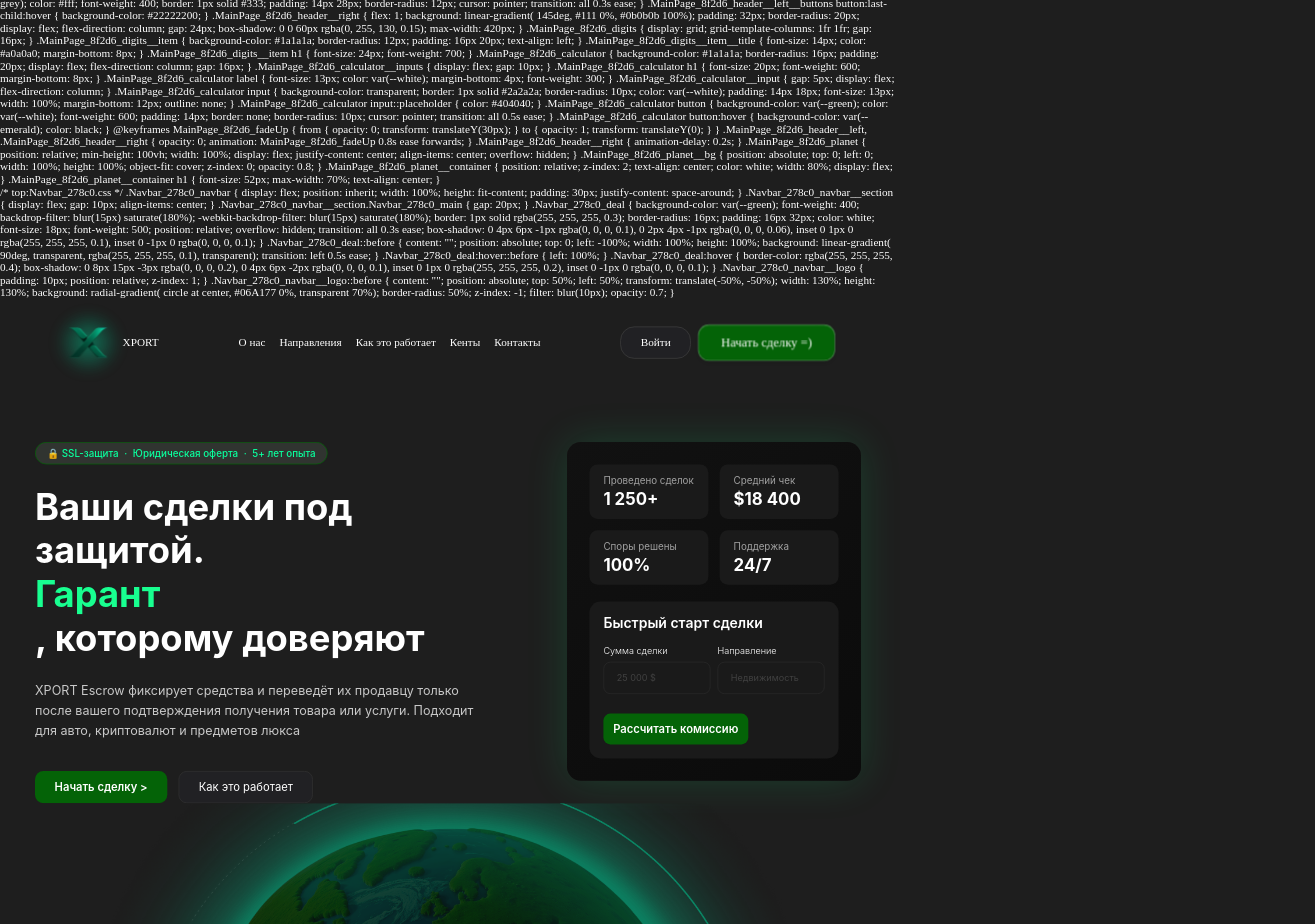
Repository: 1mpuryyyyy/x-port
Page: /x-port/
These files come from the project's save history. The page is drawn as it stood at one moment and after a run of saves; the edit follows.
The browser window is 1280 px wide. The page is 1879 px wide, so the pictures cover 1879 px, including what lies to the right of the window. The pictures show the part of the page from y = 1318 to 2638 px (the page is 3266 px tall), at 70% of full size.
The project was rebuilt for these pictures with package versions that can differ from the ones it lists, and the page was loaded fresh each time. Also part of the build but not shown: vite.config.js.

Above is the page before, as saved 2025-10-09 03:00:24.

### index.html
<!doctype html>
<html lang="en">

<head>
    <meta charset="UTF-8" />
    <link rel="icon" type="image/svg+xml" href="/logo.svg" />
    <meta name="viewport" content="width=device-width, initial-scale=1.0" />
    <title>XPORT</title>
</head>

<body>
    <div id="root"></div>
    <script type="module" src="/src/main.jsx"></script>
</body>

</html>

### src/index.css
:root {
    --display: #1E1E1E;
    --grey: #212124;
    --green: #046307;
    --bg-card: #303430;
    --gold: #D79A19;
    --blue: #1735B1;
    --emerald: #00C36D;
    --light-green: #0AFF9D;
    --white: #ffff;
    --transparent: rgba(255, 255, 255, 0.15);
    --light-grey: #404040;
}

* {
    margin: 0;
    padding: 0;
    box-sizing: border-box;
    text-decoration: none;
    border: none;
    font-size: 100%;
    font: inherit;
    font-family: "Helvetica Neue", Helvetica, Arial, sans-serif;
    color: var(--white)
}

::-webkit-scrollbar {
    width: 8px;
}

::-webkit-scrollbar-track {
    background: transparent;
}

::-webkit-scrollbar-thumb {
    background-color: var(--transparent);
    backdrop-filter: blur(10px) saturate(180%);
    -webkit-backdrop-filter: blur(10px) saturate(180%);
    border-radius: 6px;
    border: 1px solid rgba(255, 255, 255, 0.1);
}

::-webkit-scrollbar-thumb:hover {
    background-color: rgba(255, 255, 255, 0.1);
    backdrop-filter: blur(12px) saturate(200%);
    -webkit-backdrop-filter: blur(12px) saturate(200%);
}

ol,
ul {
    list-style: none;
}

blockquote,
q {
    quotes: none;
}

table {
    border-collapse: collapse;
    border-spacing: 0;
}

button {
    border: none;
    cursor: pointer;
    border-radius: 20px;
    background-color: var(--grey);
    border: 1px solid;
    border-color: var(--light-grey);
    padding: 14px 28px;
    color: white;
    font-weight: 300;
    display: flex;
    align-items: center;
    justify-content: center;
    transition: 0.3s ease;
}

body {
    background-color: var(--display);
    min-height: 100vh;
    line-height: 1;
}

### src/App.jsx
import { Provider } from "react-redux";
import { RouterProvider, createBrowserRouter } from "react-router-dom";
import "./App.css";
import { MainPage } from "./components/MainPage/MainPage.jsx";
import Layout from "./components/Layout.jsx";

const router = createBrowserRouter(
    [
        {
            path: "/",
            element: <Layout />,
            children: [
                {
                    path: "",
                    element: <MainPage />,
                },
            ],
        },
    ],
    {
        basename: '/x-port',
    }
);


function App() {
    return (
        <>
            {/* <Provider store={store}> */}
            <RouterProvider router={router}></RouterProvider>
            {/* </Provider> */}
        </>
    );
}

export default App;

### src/App.css
:root {
    --display: #1E1E1E;
    --green: #046307;
    --bg-card: #303430;
    --gold: #D79A19;
    --blue: #1735B1;
    --emerald: #00C36D;
    --light-green: #0AFF9D;
    --white: #ffff;
}

* {
    display: block;
    margin: 0;
    padding: 0;
    box-sizing: border-box;
    text-decoration: none;
    border: none;
    font-size: 100%;
    font: inherit;
}

body {
    line-height: 1;
}

ol,
ul {
    list-style: none;
}

blockquote,
q {
    quotes: none;
}

blockquote:before,
blockquote:after,
q:before,
q:after {
    content: '';
    content: none;
}

table {
    border-collapse: collapse;
    border-spacing: 0;
}

### src/components/MainPage/MainPage.jsx
import style from './MainPage.module.css';
import planet from "../../assets/planet.png";

export const MainPage = () => {
    return (
        <section>
            <div className={style.header}>
                <div className={style.header__left}>
                    <div className={style.header__left__benchmark}>
                        <span>🔒 SSL-защита</span>
                        <span>·</span>
                        <span>Юридическая оферта</span>
                        <span>·</span>
                        <span>5+ лет опыта</span>
                    </div>

                    <h1 className={style.header__left__title}>Ваши сделки под защитой. <span>Гарант</span>, которому доверяют</h1>
                    <p className={style.header__left__description}>XPORT Escrow фиксирует средства и переведёт их продавцу только после вашего подтверждения получения товара или услуги. Подходит для авто, криптовалют и предметов люкса</p>
                    <div className={style.header__left__buttons}>
                        <button className={style.greenButton}>Начать сделку {">"} </button>
                        <button>Как это работает </button>
                    </div>
                </div>
                <div className={style.header__right}>
                    <div className={style.digits}>
                        <div className={style.digits__item}>
                            <p className={style.digits__item__title}>Проведено сделок</p>
                            <h1>1 250+</h1>
                        </div>
                        <div className={style.digits__item}>
                            <p className={style.digits__item__title}>Средний чек</p>
                            <h1>$18 400</h1>
                        </div>
                        <div className={style.digits__item}>
                            <p className={style.digits__item__title}>Споры решены</p>
                            <h1>100%</h1>
                        </div>
                        <div className={style.digits__item}>
                            <p className={style.digits__item__title}>Поддержка</p>
                            <h1>24/7</h1>
                        </div>
                    </div>
                    <div className={style.calculator}>
                        <h1>Быстрый старт сделки</h1>
                        <div className={style.calculator__inputs}>
                            <div className={style.calculator__input}>
                                <label htmlFor="amount">Сумма сделки</label>
                                <input type="text" id="amount" placeholder="25 000 $" />
                            </div>
                            <div className={style.calculator__input}>
                                <label htmlFor="direction">Направление</label>
                                <input type="text" id="direction" placeholder="Недвижимость" />
                            </div>
                        </div>
                        <div>
                            <button>Рассчитать комиссию</button>
                        </div>
                    </div>
                </div>
            </div>
            <div className={style.planet}>
                <img
                    src={planet}
                    alt="planet background"
                    className={style.planet__bg}
                />
                <div className={style.planet__container}>
                    <h1>На любой точке планеты</h1>
                    <p>купи купи купи купи купи купи купи купи купи купи купи купи купи купи купи купи купи</p>
                    <div>
                        <button className={style.greenButton}>Начать сделку ={">"}</button>
                    </div>
                </div>
            </div>

        </section>
    );
}

### src/components/Layout.jsx
// import { useSelector } from "react-redux";
import { Navigate, Outlet } from "react-router-dom";
import Navbar from "./Navbar/Navbar.jsx";;

export default function Layout() {
    // const isAuthenticated = useSelector(state => state.auth.isAuthenticated);
    return (
        <div>
            {/* {!isAuthenticated && <Navigate to={"/"} />} */}
            <Navbar />
            <Outlet />
        </div>
    );
}

### src/components/MainPage/MainPage.module.css
section {
    color: #ffffff;
    padding: 80px 50px;
    min-height: 100vh;
    display: flex;
    align-items: center;
    justify-content: center;
    font-family: 'Inter', sans-serif;
    flex-direction: column;
}

/* Общий контейнер */
.header {
    display: flex;
    justify-content: space-between;
    align-items: flex-start;
    gap: 80px;
    width: 100%;
    max-width: 1400px;
}

/* Левая часть */
.header__left {
    flex: 1;
    display: flex;
    flex-direction: column;
    gap: 30px;
}

.header__left__benchmark {
    background-color: #303430;
    border: 1px solid #046307;
    color: #0AFF9D;
    border-radius: 999px;
    display: inline-flex;
    align-items: center;
    gap: 8px;
    padding: 8px 16px;
    font-size: 14px;
    font-weight: 500;
    width: fit-content;
}

.header__left__benchmark span {
    color: #0AFF9D;
}

.header__left__title {
    font-size: 52px;
    font-weight: 700;
    line-height: 1.2;
    max-width: 640px;
}

.header__left__title span {
    color: #18ff90;
}

.header__left__description {
    font-size: 18px;
    color: #c8c8c8;
    max-width: 640px;
    line-height: 1.6;
}

.header__left__buttons {
    display: flex;
    gap: 16px;
    margin-top: 12px;
}

.greenButton {
    background-color: var(--green);
    color: var(--white);
    font-weight: 600;
    padding: 14px 28px;
    border: none;
    border-radius: 12px;
    cursor: pointer;
    transition: all 0.3s ease;
}

.greenButton:hover {
    background-color: var(--emerald);
    color: var(--black);
}

.header__left__buttons button:last-child {
    background-color: var(--grey);
    color: #fff;
    font-weight: 400;
    border: 1px solid #333;
    padding: 14px 28px;
    border-radius: 12px;
    cursor: pointer;
    transition: all 0.3s ease;
}

.header__left__buttons button:last-child:hover {
    background-color: #22222200;
}

/* Правая часть */
.header__right {
    flex: 1;
    background: linear-gradient(145deg, #111 0%, #0b0b0b 100%);

    padding: 32px;
    border-radius: 20px;
    display: flex;
    flex-direction: column;
    gap: 24px;
    box-shadow: 0 0 60px rgba(0, 255, 130, 0.15);
    max-width: 420px;
}

/* Цифры */
.digits {
    display: grid;
    grid-template-columns: 1fr 1fr;
    gap: 16px;
}

.digits__item {
    background-color: #1a1a1a;
    border-radius: 12px;
    padding: 16px 20px;
    text-align: left;
}

.digits__item__title {
    font-size: 14px;
    color: #a0a0a0;
    margin-bottom: 8px;
}

.digits__item h1 {
    font-size: 24px;
    font-weight: 700;
}

/* Калькулятор */
.calculator {
    background-color: #1a1a1a;
    border-radius: 16px;
    padding: 20px;
    display: flex;
    flex-direction: column;
    gap: 16px;
}

.calculator__inputs {
    display: flex;
    gap: 10px;
}

.calculator h1 {
    font-size: 20px;
    font-weight: 600;
    margin-bottom: 8px;
}

.calculator label {
    font-size: 13px;
    color: var(--white);
    margin-bottom: 4px;
    font-weight: 300;
}

.calculator__input {
    gap: 5px;
    display: flex;
    flex-direction: column;
}

.calculator input {
    background-color: transparent;
    border: 1px solid #2a2a2a;
    border-radius: 10px;
    color: var(--white);
    padding: 14px 18px;
    font-size: 13px;
    width: 100%;
    margin-bottom: 12px;
    outline: none;
}

.calculator input::placeholder {
    color: #404040;
}

.calculator button {
    background-color: var(--green);
    color: var(--white);
    font-weight: 600;
    padding: 14px;
    border: none;
    border-radius: 10px;
    cursor: pointer;
    transition: all 0.5s ease;
}

.calculator button:hover {
    background-color: var(--emerald);
    color: black;
}

@keyframes fadeUp {
    from {
        opacity: 0;
        transform: translateY(30px);
    }

    to {
        opacity: 1;
        transform: translateY(0);
    }
}

.header__left,
.header__right {
    opacity: 0;
    animation: fadeUp 0.8s ease forwards;
}

.header__right {
    animation-delay: 0.2s;
}

.planet {
    position: relative;
    min-height: 100vh;
    width: 100%;
    display: flex;
    justify-content: center;
    align-items: center;
    overflow: hidden;
}

.planet__bg {
    position: absolute;
    top: 0;
    left: 0;
    width: 100%;
    height: 100%;
    object-fit: cover;
    z-index: 0;
    opacity: 0.8;
}

.planet__container {
    position: relative;
    z-index: 2;
    text-align: center;
    color: white;
    width: 80%;
    display: flex;

}

.planet__container h1 {
    font-size: 52px;
    max-width: 70%;
    text-align: center;
}

### src/components/Navbar/Navbar.jsx
import { Link } from 'react-router-dom'
import style from './Navbar.module.css'
import logo from '../../assets/logo.svg'

export default function Navbar() {
    return (
        <nav className={style["navbar"]} id='navbar'>
            <div className={style.navbar__section}>
                <Link to="/" className={style.navbar__logo}>
                    <img src={logo} alt="Логотип" title='XPORT' />
                </Link>
                <p className={style.logo__title}>
                    XPORT
                </p>
            </div>
            <div className={`${style.navbar__section} ${style.main}`}>
                <Link to="/">
                    <p>О нас</p>
                </Link>
                <Link to="/">
                    <p>Направления</p>
                </Link>
                <Link to="/">
                    <p>Как это работает</p>
                </Link>
                <Link to="/">
                    <p>Кенты</p>
                </Link>
                <Link to="/">
                    <p>Контакты</p>
                </Link>
            </div>
            <div className={style.navbar__section}>
                <Link>
                    <button>Войти</button>
                </Link>
                <Link>
                    <button className={style.deal}>Начать сделку =)</button>
                </Link>
            </div>
        </nav >);
};

### src/components/Navbar/Navbar.module.css
.navbar {
    display: flex;
    position: inherit;
    width: 100%;
    height: fit-content;
    padding: 30px;
    justify-content: space-around;
}

.navbar__section {
    display: flex;
    gap: 10px;
    align-items: center;
}

.navbar__section.main {
    gap: 20px;
}

.deal {
    background-color: var(--green);
    font-weight: 400;
    backdrop-filter: blur(15px) saturate(180%);
    -webkit-backdrop-filter: blur(15px) saturate(180%);
    border: 1px solid rgba(255, 255, 255, 0.3);
    border-radius: 16px;
    padding: 16px 32px;
    color: white;
    font-size: 18px;
    font-weight: 500;
    position: relative;
    overflow: hidden;
    transition: all 0.3s ease;
    box-shadow:
        0 4px 6px -1px rgba(0, 0, 0, 0.1),
        0 2px 4px -1px rgba(0, 0, 0, 0.06),
        inset 0 1px 0 rgba(255, 255, 255, 0.1),
        inset 0 -1px 0 rgba(0, 0, 0, 0.1);
}

.deal::before {
    content: '';
    position: absolute;
    top: 0;
    left: -100%;
    width: 100%;
    height: 100%;
    background: linear-gradient(90deg,
            transparent,
            rgba(255, 255, 255, 0.1),
            transparent);
    transition: left 0.5s ease;
}

.deal:hover::before {
    left: 100%;
}

.deal:hover {
    border-color: rgba(255, 255, 255, 0.4);
    box-shadow:
        0 8px 15px -3px rgba(0, 0, 0, 0.2),
        0 4px 6px -2px rgba(0, 0, 0, 0.1),
        inset 0 1px 0 rgba(255, 255, 255, 0.2),
        inset 0 -1px 0 rgba(0, 0, 0, 0.1);
}

.navbar__logo {
    padding: 10px;
    position: relative;
    z-index: 1;
}

.navbar__logo::before {
    content: '';
    position: absolute;
    top: 50%;
    left: 50%;
    transform: translate(-50%, -50%);
    width: 130%;
    height: 130%;
    background: radial-gradient(circle at center,
            #06A177 0%,
            transparent 70%);
    border-radius: 50%;
    z-index: -1;
    filter: blur(10px);
    opacity: 0.7;
}

Loaded but not shown: src/main.jsx (common file)

After the next 3 saves:
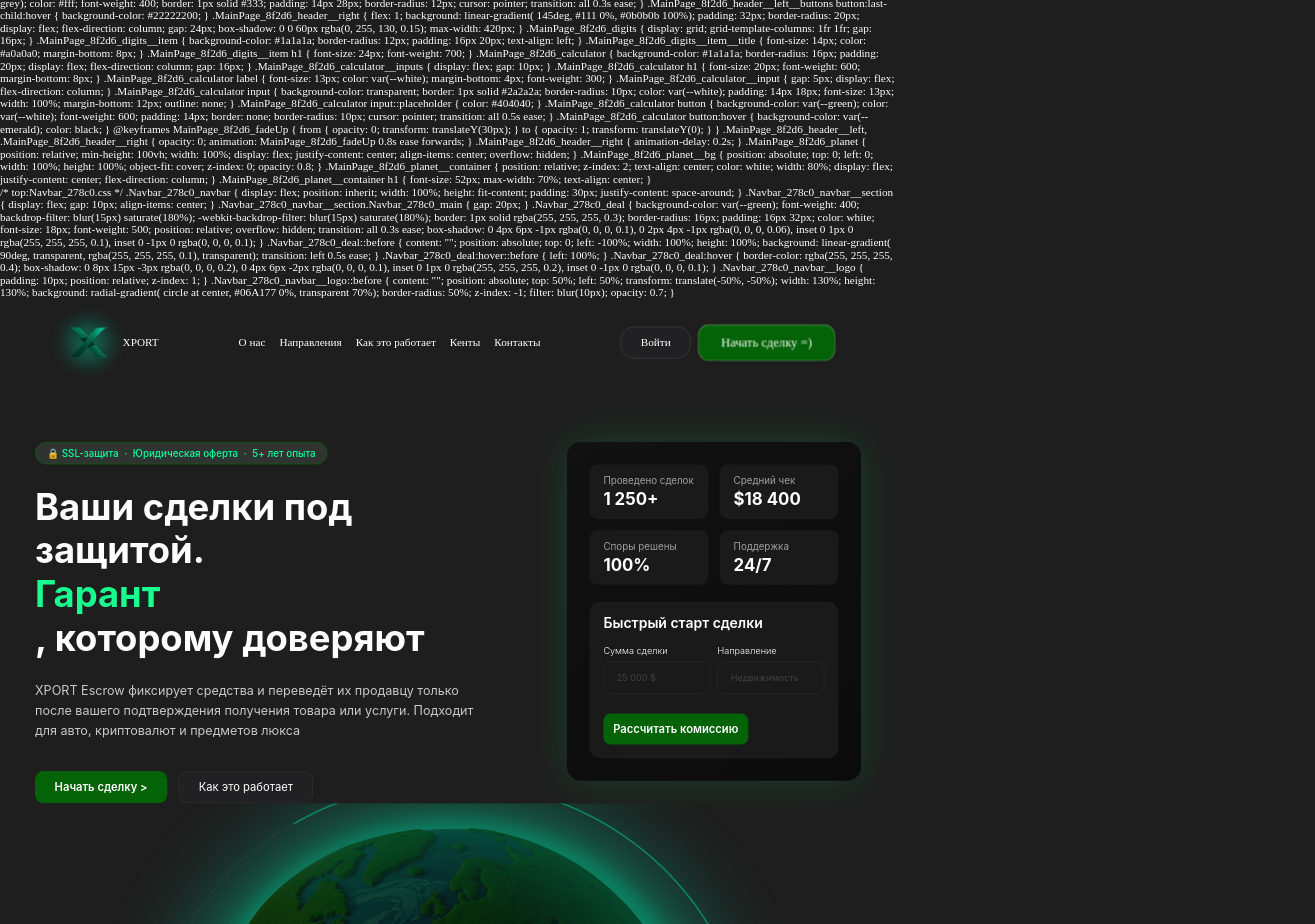
The 3 saves are shown as one change because they came seconds apart.
The last was saved 9 s later.
--- a/src/components/MainPage/MainPage.module.css
+++ b/src/components/MainPage/MainPage.module.css
@@ -255,7 +255,8 @@ section {
     color: white;
     width: 80%;
     display: flex;
-
+    justify-content: center;
+    flex-direction: column;
 }
 
 .planet__container h1 {
